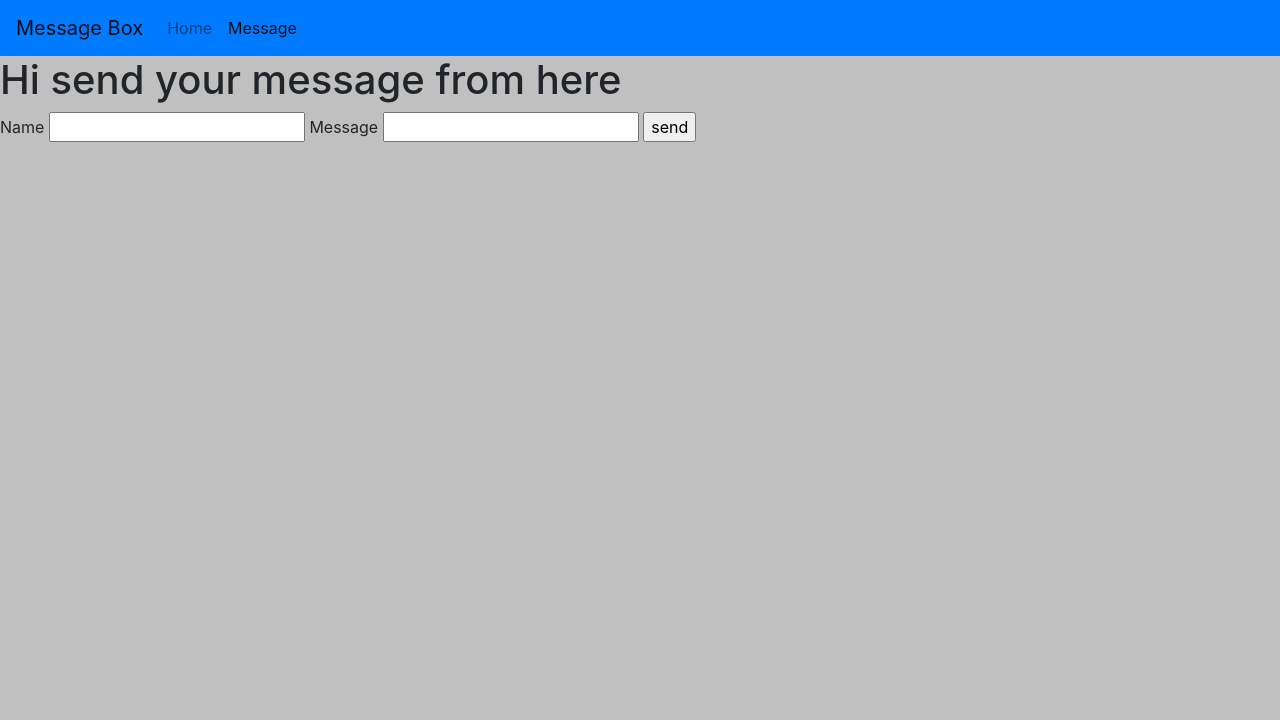
Repository: 05Mohammedismail/xworkz--Advance-Java
Page: Sep08_Servlets(HTML content as the HTTP response)/src/main/webapp/message.html
An editor plug-in stored every save of this project. The page is shown before and after the next save, followed by the edit.
The browser window is 1280 px wide. The pictures show the whole page.

Above is the page before, as saved 2023-09-10 19:25:58.

### Sep08_Servlets(HTML content as the HTTP response)/src/main/webapp/message.html
<!DOCTYPE html>
<html>
<head>
<meta charset="ISO-8859-1">
<meta name="viewport" content="width=device-width, initial-scale=1, shrink-to-fit=no">
<link rel="stylesheet" href="https://cdn.jsdelivr.net/npm/bootstrap@4.0.0/dist/css/bootstrap.min.css" integrity="sha384-Gn5384xqQ1aoWXA+058RXPxPg6fy4IWvTNh0E263XmFcJlSAwiGgFAW/dAiS6JXm" crossorigin="anonymous">
<title>Insert title here</title>
<style>
body{
background-color: silver;
}
</style>
</head>
<body>
<nav class="navbar navbar-expand-lg navbar-light bg-primary">
  <a class="navbar-brand" href="#">Message Box</a>
  <button class="navbar-toggler" type="button" data-toggle="collapse" data-target="#navbarNav" aria-controls="navbarNav" aria-expanded="false" aria-label="Toggle navigation">
    <span class="navbar-toggler-icon"></span>
  </button>
  <div class="collapse navbar-collapse" id="navbarNav">
    <ul class="navbar-nav">
    <li class="nav-item">
        <a class="nav-link" href="index.html">Home</a>
      </li>
      <li class="nav-item active">
        <a class="nav-link" href="#">Message <span class="sr-only">(current)</span></a>
      </li>
    </ul>
  </div>
</nav>
<h1>Hi send your message from here</h1>
<form action="message">
Name <input type="text" name="name">
Message <input type="text" name="msg">
<input type="submit" value="send">
</form>
</body>
</html>

After the next save:
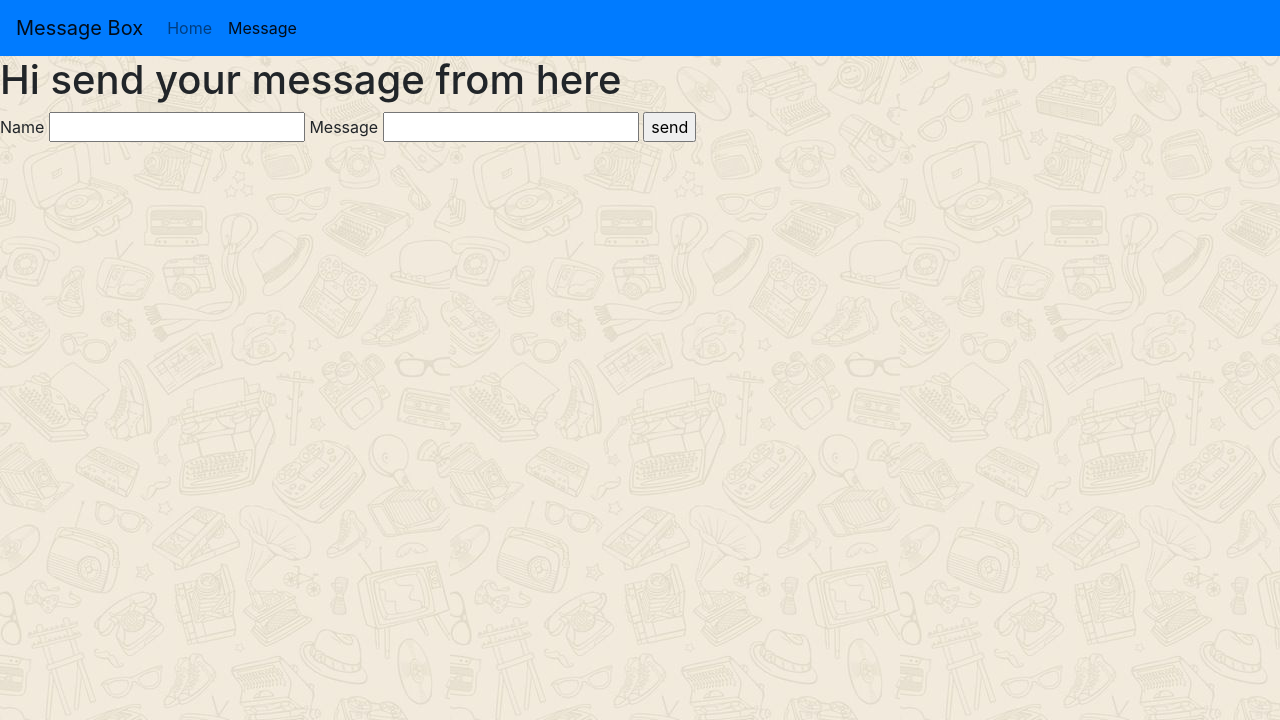
Saved 40 s later.
--- a/Sep08_Servlets(HTML content as the HTTP response)/src/main/webapp/message.html
+++ b/Sep08_Servlets(HTML content as the HTTP response)/src/main/webapp/message.html
@@ -7,7 +7,8 @@
 <title>Insert title here</title>
 <style>
 body{
-background-color: silver;
+background-image:url("background.jpg");
+background-attachment: fixed;
 }
 </style>
 </head>
